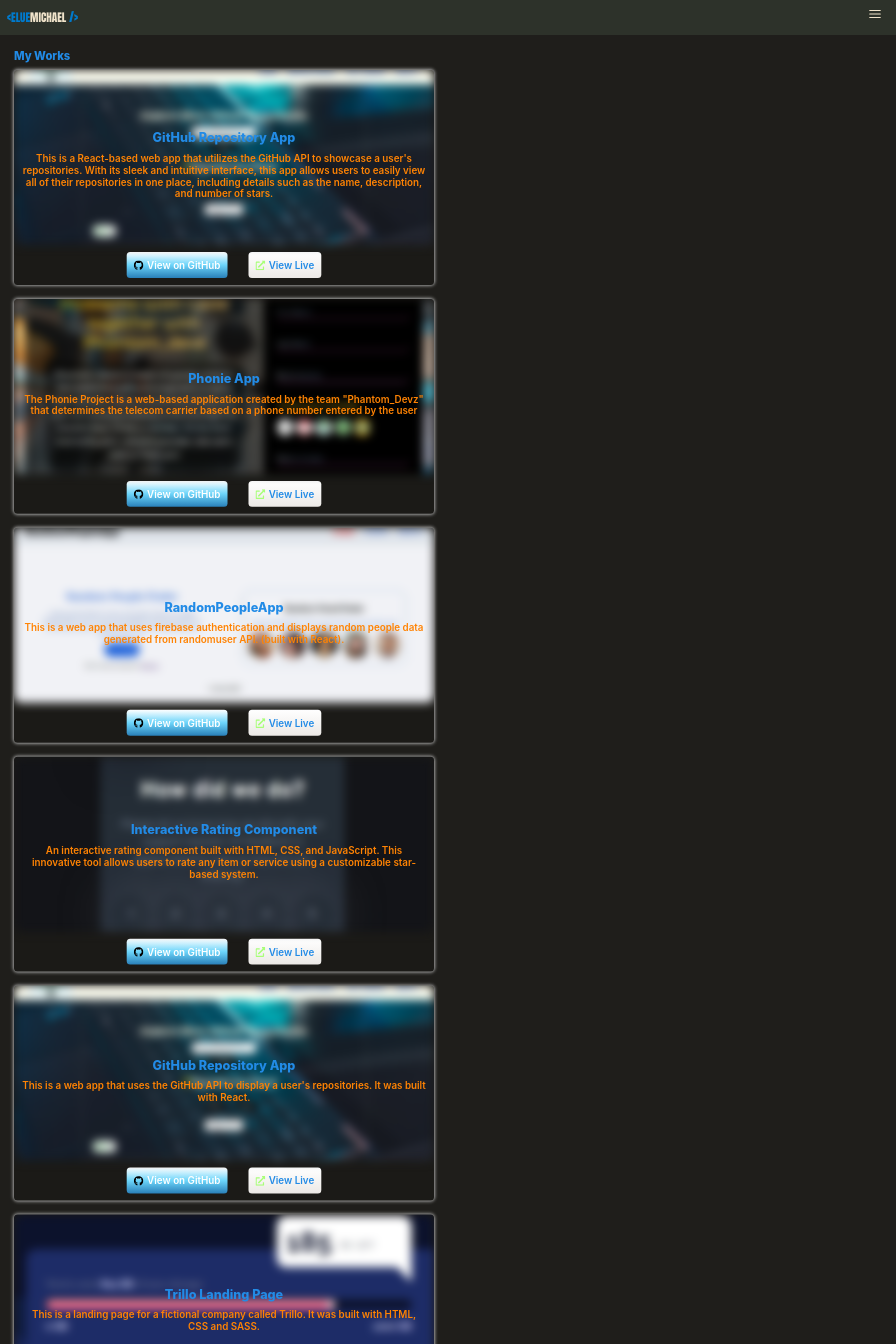
Repository: MikkyPrestige/portfolio
Page: /projects
The author's editor kept a copy of each file at every save. The page is drawn from the files as they stood at one save, then again after the next save.
The browser window is 1280 px wide. The pictures show the part of the page from y = 0 to 1920 px (the page is 4351 px tall), at 70% of full size.
The project was rebuilt for these pictures with package versions that can differ from the ones it lists, and the page was loaded fresh each time. Also part of the build but not shown: src/components/avatar.jsx, src/components/home.jsx, src/components/about.jsx, src/components/fallback.jsx.

Above is the page before, as saved 2023-02-21 19:52:32.

### public/index.html
<!DOCTYPE html>
<html lang="en">
  <head>
    <meta charset="utf-8" />
    <link rel="icon" href="%PUBLIC_URL%/favicon.ico" />
    <meta name="viewport" content="width=device-width, initial-scale=1" />
    <meta name="theme-color" content="#000000" />
    <meta
      name="description"
      content="Web site created using create-react-app"
    />
    <link rel="apple-touch-icon" href="%PUBLIC_URL%/logo192.png" />
    <!--
      manifest.json provides metadata used when your web app is installed on a
      user's mobile device or desktop. See https://developers.google.com/web/fundamentals/web-app-manifest/
    -->
    <link rel="manifest" href="%PUBLIC_URL%/manifest.json" />
    <!--
      Notice the use of %PUBLIC_URL% in the tags above.
      It will be replaced with the URL of the `public` folder during the build.
      Only files inside the `public` folder can be referenced from the HTML.

      Unlike "/favicon.ico" or "favicon.ico", "%PUBLIC_URL%/favicon.ico" will
      work correctly both with client-side routing and a non-root public URL.
      Learn how to configure a non-root public URL by running `npm run build`.
    -->
    <title>Elue Michael Portfolio</title>
  </head>
  <body>
    <noscript>You need to enable JavaScript to run this app.</noscript>
    <div id="root"></div>
    <!--
      This HTML file is a template.
      If you open it directly in the browser, you will see an empty page.

      You can add webfonts, meta tags, or analytics to this file.
      The build step will place the bundled scripts into the <body> tag.

      To begin the development, run `npm start` or `yarn start`.
      To create a production bundle, use `npm run build` or `yarn build`.
    -->
  </body>
</html>

### src/assets/styles/sass/main.scss
@import 'abstracts/variables';
@import 'base/utilities';
@import 'base/base';
@import 'layouts/header';
@import 'pages/home';
@import 'pages/about';
@import 'pages/projects';
@import 'base/animation';

// @media (prefers-reduced-motion: no-preference) {
//   .App-logo {
//     animation: App-logo-spin infinite 20s linear;
//   }
// }

// @keyframes App-logo-spin {
//   from {
//     transform: rotate(0deg);
//   }
//   to {
//     transform: rotate(360deg);
//   }
// }

### src/components/projects.jsx
import { Link } from "react-router-dom";
import { FaGithub } from "react-icons/fa";
import { FaExternalLinkAlt } from "react-icons/fa";

const Projects = () => {
  return (
    <div className="project">
      <h1 className="project--title">My Works</h1>
      <div className="project--wrapper">
        <div className="project--card">
          <div className="project--card__blur project--card__blur-1"></div>
          <div className="project--card__content">
            <h2 className="project--card__content__title">GitHub Repository App</h2>
            <p className="project--card__content__desc">
            This is a React-based web app that utilizes the GitHub API to showcase a user's repositories. With its sleek and intuitive interface, this app allows users to easily view all of their repositories in one place, including details such as the name, description, and number of stars.
            </p>
          </div>
          <div className="project--card__links">
            <Link
              to={{ pathname: "https://github.com/MeekyBerry/RandomPeopleApp" }}
              target="_blank"
              className="project--card__links__link github-link-bg"
            >
              <FaGithub style={{ color: "#000"}} />
              View on GitHub
            </Link>
            <Link
              to={{ pathname: "https://randompeopleapp.vercel.app" }}
              target="_blank"
              className="project--card__links__link live-link-bg blue-markup"
            >
              <FaExternalLinkAlt style={{ color: "#a8ff78"}} />
              View Live
            </Link>
          </div>
        </div>
        <div className="project--card">
          <div className="project--card__blur project--card__blur-2"></div>
          <div className="project--card__content">
            <h2 className="project--card__content__title">Phonie App</h2>
            <p className="project--card__content__desc">
              The Phonie Project is a web-based application created by the team
              "Phantom_Devz" that determines the telecom carrier based on a
              phone number entered by the user
            </p>
          </div>
          <div className="project--card__links">
            <Link
              to={{
                pathname:
                  "https://github.com/MeekyBerry/Phonie-project-Phantom_Devz",
              }}
              target="_blank"
              className="project--card__links__link github-link-bg"
            >
              <FaGithub style={{ color: "#000"}} />
              View on GitHub
            </Link>
            <Link
              to={{ pathname: "https://phantom-devz-phonie.netlify.app/" }}
              target="_blank"
              className="project--card__links__link live-link-bg blue-markup"
            >
              <FaExternalLinkAlt style={{ color: "#a8ff78"}} />
              View Live
            </Link>
          </div>
        </div>
        <div className="project--card">
          <div className="project--card__blur project--card__blur-3"></div>
          <div className="project--card__content">
            <h2 className="project--card__content__title">
              RandomPeopleApp
            </h2>
            <p className="project--card__content__desc">
            This is a web app that uses firebase authentication and displays
              random people data generated from randomuser API. (built with
              React).
            </p>
          </div>
          <div className="project--card__links">
            <Link
              to={{
                pathname:
                  "https://github.com/MeekyBerry/Frontend-Mentor-challenges/tree/main/chat-app-css-illustration",
              }}
              target="_blank"
              className="project--card__links__link github-link-bg"
            >
              <FaGithub style={{ color: "#000"}} />
              View on GitHub
            </Link>
            <Link
              to={{ pathname: "https://chat-app-css-project.netlify.app/" }}
              target="_blank"
              className="project--card__links__link live-link-bg blue-markup"
            >
              <FaExternalLinkAlt style={{ color: "#a8ff78"}} />
              View Live
            </Link>
          </div>
        </div>
        <div className="project--card">
          <div className="project--card__blur project--card__blur-4"></div>
          <div className="project--card__content">
            <h2 className="project--card__content__title">
              Interactive Rating Component
            </h2>
            <p className="project--card__content__desc">
            An interactive rating component built with HTML, CSS, and JavaScript. This innovative tool allows users to rate any item or service using a customizable star-based system.
            </p>
          </div>
          <div className="project--card__links">
            <Link
              to={{
                pathname:
                  "https://github.com/MeekyBerry/Advanced-CSS-Sass-Course-Projects/tree/master/Natours-project",
              }}
              target="_blank"
              className="project--card__links__link github-link-bg"
            >
              <FaGithub style={{ color: "#000"}} />
              View on GitHub
            </Link>
            <Link
              to={{ pathname: "https://natour-landing-page.netlify.app/" }}
              target="_blank"
              className="project--card__links__link live-link-bg blue-markup"
            >
              <FaExternalLinkAlt style={{ color: "#a8ff78"}} />
              View Live
            </Link>
          </div>
        </div>
        <div className="project--card">
          <div className="project--card__blur project--card__blur-5"></div>
          <div className="project--card__content">
            <h2 className="project--card__content__title">
              GitHub Repository App
            </h2>
            <p className="project--card__content__desc">
              This is a web app that uses the GitHub API to display a user's
              repositories. It was built with React.
            </p>
          </div>
          <div className="project--card__links">
            <Link
              to={{
                pathname:
                  "https://github.com/MeekyBerry/exam-project-altschoolafrica",
              }}
              target="_blank"
              className="project--card__links__link github-link-bg"
            >
              <FaGithub style={{ color: "#000"}} />
              View on GitHub
            </Link>
            <Link
              to={{ pathname: "https://github-repos-display.vercel.app/" }}
              target="_blank"
              className="project--card__links__link live-link-bg blue-markup"
            >
              <FaExternalLinkAlt style={{ color: "#a8ff78"}} />
              View Live
            </Link>
          </div>
        </div>
        <div className="project--card">
          <div className="project--card__blur project--card__blur-6"></div>
          <div className="project--card__content">
            <h2 className="project--card__content__title">
              Trillo Landing Page
            </h2>
            <p className="project--card__content__desc">
              This is a landing page for a fictional company called Trillo. It
              was built with HTML, CSS and SASS.
            </p>
          </div>
          <div className="project--card__links">
            <Link
              to={{
                pathname:
                  "https://github.com/MeekyBerry/Advanced-CSS-Sass-Course-Projects/tree/master/Trillow-project",
              }}
              target="_blank"
              className="project--card__links__link github-link-bg"
            >
              <FaGithub style={{ color: "#000"}} />
              View on GitHub
            </Link>
            <Link
              to={{
                pathname: "https://fantastic-crostata-3e9a02.netlify.app/",
              }}
              target="_blank"
              className="project--card__links__link live-link-bg blue-markup"
            >
              <FaExternalLinkAlt style={{ color: "#a8ff78"}} />
              View Live
            </Link>
          </div>
        </div>
        <div className="project--card">
          <div className="project--card__blur project--card__blur-7"></div>
          <div className="project--card__content">
            <h2 className="project--card__content__title">
              Phony Authentication
            </h2>
            <p className="project--card__content__desc">
              This is a simple authentication app built with React and Firebase.
            </p>
          </div>
          <div className="project--card__links">
            <Link
              to={{
                pathname:
                  "https://github.com/MeekyBerry/fake-user-authentication",
              }}
              target="_blank"
              className="project--card__links__link github-link-bg"
            >
              <FaGithub style={{ color: "#000"}} />
              View on GitHub
            </Link>
            <Link
              to={{ pathname: "https://fake-auth.vercel.app/" }}
              target="_blank"
              className="project--card__links__link live-link-bg blue-markup"
            >
              <FaExternalLinkAlt style={{ color: "#a8ff78"}} />
              View Live
            </Link>
          </div>
        </div>
        <div className="project--card">
          <div className="project--card__blur project--card__blur-8"></div>
          <div className="project--card__content">
            <h2 className="project--card__content__title">Calculator</h2>
            <p className="project--card__content__desc">
              This is a simple calculator app built with React.
            </p>
          </div>
          <div className="project--card__links">
            <Link
              to={{ pathname: "https://github.com/MeekyBerry/calculator" }}
              target="_blank"
              className="project--card__links__link github-link-bg"
            >
              <FaGithub style={{ color: "#000"}} />
              View on GitHub
            </Link>
            <Link
              to={{ pathname: "https://calculator-omega-murex.vercel.app/" }}
              target="_blank"
              className="project--card__links__link live-link-bg blue-markup"
            >
              <FaExternalLinkAlt style={{ color: "#a8ff78"}} />
              View Live
            </Link>
          </div>
        </div>
        <div className="project--card">
          <div className="project--card__blur project--card__blur-9"></div>
          <div className="project--card__content">
            <h2 className="project--card__content__title">
              Interactive Rating Component
            </h2>
            <p className="project--card__content__desc">
              This is an interactive rating component built with HTML, CSS and
              JavaScript
            </p>
          </div>
          <div className="project--card__links">
            <Link
              to={{
                pathname:
                  "https://github.com/MeekyBerry/Frontend-Mentor-challenges/tree/main/interactive-rating-component",
              }}
              target="_blank"
              className="project--card__links__link github-link-bg"
            >
              <FaGithub style={{ color: "#000"}} />
              View on GitHub
            </Link>
            <Link
              to={{
                pathname:
                  "https://interactive-ratings-component-project.netlify.app/",
              }}
              target="_blank"
              className="project--card__links__link live-link-bg blue-markup"
            >
              <FaExternalLinkAlt style={{ color: "#a8ff78"}} />
              View Live
            </Link>
          </div>
        </div>
        <div className="project--card">
          <div className="project--card__blur project--card__blur-10"></div>
          <div className="project--card__content">
            <h2 className="project--card__content__title">
              Flyo Data Store layout
            </h2>
            <p className="project--card__content__desc">
              This is a layout for a fictional company called Flyo. It was built
              with HTML and Css
            </p>
          </div>
          <div className="project--card__links">
            <Link
              to={{
                pathname:
                  "https://github.com/MeekyBerry/Frontend-Mentor-challenges/tree/main/fylo-data-store-layout",
              }}
              target="_blank"
              className="project--card__links__link github-link-bg"
            >
              <FaGithub style={{ color: "#000"}} />
              View on GitHub
            </Link>
            <Link
              to={{ pathname: "https://fylo-data-store-layout.netlify.app/" }}
              target="_blank"
              className="project--card__links__link live-link-bg blue-markup"
            >
              <FaExternalLinkAlt style={{ color: "#a8ff78"}} />
              View Live
            </Link>
          </div>
        </div>
        <div className="project--card">
          <div className="project--card__blur project--card__blur-11"></div>
          <div className="project--card__content">
            <h2 className="project--card__content__title">
              Order Summary Card Component
            </h2>
            <p className="project--card__content__desc">
              This is a card component built with HTML and CSS
            </p>
          </div>
          <div className="project--card__links">
            <Link
              to={{
                pathname:
                  "https://github.com/MeekyBerry/Frontend-Mentor-challenges/tree/main/order-summary-card-component",
              }}
              target="_blank"
              className="project--card__links__link github-link-bg"
            >
              <FaGithub style={{ color: "#000"}} />
              View on GitHub
            </Link>
            <Link
              to={{
                pathname: "https://order-summary-card-project.netlify.app/",
              }}
              target="_blank"
              className="project--card__links__link live-link-bg blue-markup"
            >
              <FaExternalLinkAlt style={{ color: "#a8ff78"}} />
              View Live
            </Link>
          </div>
        </div>
        <div className="project--card">
          <div className="project--card__blur project--card__blur-13"></div>
          <div className="project--card__content">
            <h2 className="project--card__content__title">
              Stats Preview Card Component
            </h2>
            <p className="project--card__content__desc">
              This is a card component built with HTML and CSS
            </p>
          </div>
          <div className="project--card__links">
            <Link
              to={{
                pathname:
                  "https://github.com/MeekyBerry/Frontend-Mentor-challenges/tree/main/stats-preview-card-compo",
              }}
              target="_blank"
              className="project--card__links__link github-link-bg"
            >
              <FaGithub style={{ color: "#000"}} />
              View on GitHub
            </Link>
            <Link
              to={{
                pathname: "https://stats-preview-card-project.netlify.app/",
              }}
              target="_blank"
              className="project--card__links__link live-link-bg blue-markup"
            >
              <FaExternalLinkAlt style={{ color: "#a8ff78"}} />
              View Live
            </Link>
          </div>
        </div>
        <div className="project--card">
          <div className="project--card__blur project--card__blur-14"></div>
          <div className="project--card__content">
            <h2 className="project--card__content__title">
              Shoe Brand Landing Page
            </h2>
            <p className="project--card__content__desc">
              This is a landing page for a shoe brand built with HTML and CSS
            </p>
          </div>
          <div className="project--card__links">
            <Link
              to={{
                pathname:
                  "https://github.com/MeekyBerry/Shoe-brand-landing-page",
              }}
              target="_blank"
              className="project--card__links__link github-link-bg"
            >
              <FaGithub style={{ color: "#000"}} />
              View on GitHub
            </Link>
            <Link
              to={{ pathname: "https://shoe-brand-landing-page.netlify.app/" }}
              target="_blank"
              className="project--card__links__link live-link-bg blue-markup"
            >
              <FaExternalLinkAlt style={{ color: "#a8ff78"}} />
              View Live
            </Link>
          </div>
        </div>
      </div>
    </div>
  );
};

export default Projects;

### src/assets/styles/sass/base/_utilities.scss
.github-link-bg {
  background: linear-gradient(to top, var(--dark-blue--1), var(--light-blue--2), var(--color--white));
}

.live-link-bg {
  background: linear-gradient(to top, var(--color--white-2), var(--color--white));
}

.blue-markup {
  color: var(--blue-cyan) !important;
}

### src/assets/styles/sass/base/_base.scss
*,
*::after,
*::before {
  margin: 0;
  padding: 0;
  box-sizing: border-box;
}

html {
  font-size: 62.5%;
  font-family: var(--font-family);
  color: var(--color-white);
  background-color: var(--color--bg);
}

::selection {
  background-color: var(--color-primary);
  color: var(--color-white);
}

### src/assets/styles/sass/pages/home.scss
.home {
  width: 100%;
  height: 100vh;
  background: radial-gradient(100% 100% at 50% 100%, var(--color--bg-dark-2) 21.52%, var(--color--bg-dark) 100%);

  &--contents {
    display: flex;
    flex-direction: column;
    justify-content: center;
    align-items: center;
    padding: 3rem 5rem;
    gap: 3rem;
  }

  &--content {
    display: flex;
    flex-direction: column;
    align-items: flex-start;
    padding: 0;
    gap: .5rem;

    &__title {
      font-family: var(--font-family--secondary);
      font-size: var(--font-size--x-large);
      font-weight: var(--font-weight--boldest);
      color: var(--dark-blue);
    }

    &__subtitle {
      font-family: var(--font-family--secondary);
      font-size: var(--font-size--large);
      font-weight: var(--font-weight--bold);
      color: var(--color--text);
    }

    &__desc {
      font-family: var(--font-family--secondary);
      font-size: var(--font-size--small);
      font-weight: var(--font-weight--regular);
      color: var(--color--white-1);
    }
  }

  &--avatar {
    border-radius: 5%;
    -webkit-border-radius: 5%;
    -moz-border-radius: 5%;
    -ms-border-radius: 5%;
    -o-border-radius: 5%;
    background-image: radial-gradient(circle, var(--blue-cyan) 5%, var(--light-blue--1) 95%);
  }
}

### src/assets/styles/sass/base/_animation.scss
//  INFINITE HEARTBEAT PAUSE ANIMATION

@keyframes Heartbeat {
  0% {
    transform: scale(1);
    -webkit-transform: scale(1);
    -moz-transform: scale(1);
    -ms-transform: scale(1);
    -o-transform: scale(1);
  }

  50% {
    transform: scale(1.05);
    -webkit-transform: scale(1.05);
    -moz-transform: scale(1.05);
    -ms-transform: scale(1.05);
    -o-transform: scale(1.05);
  }

  100% {
    transform: scale(1);
    -webkit-transform: scale(1);
    -moz-transform: scale(1);
    -ms-transform: scale(1);
    -o-transform: scale(1);
  }
}

Loaded but not shown: src/index.css (common file); src/reportWebVitals.js (common file); src/index.js (21 lines, source omitted); src/App.js (22 lines, source omitted); src/components/layout.jsx (141 lines, source omitted); src/assets/styles/sass/pages/_projects.scss (165 lines, source omitted); src/assets/styles/sass/pages/_about.scss (158 lines, source omitted); src/assets/styles/sass/layouts/_header.scss (111 lines, source omitted); src/assets/styles/sass/abstracts/_variables.scss (67 lines, source omitted)

After the next save:
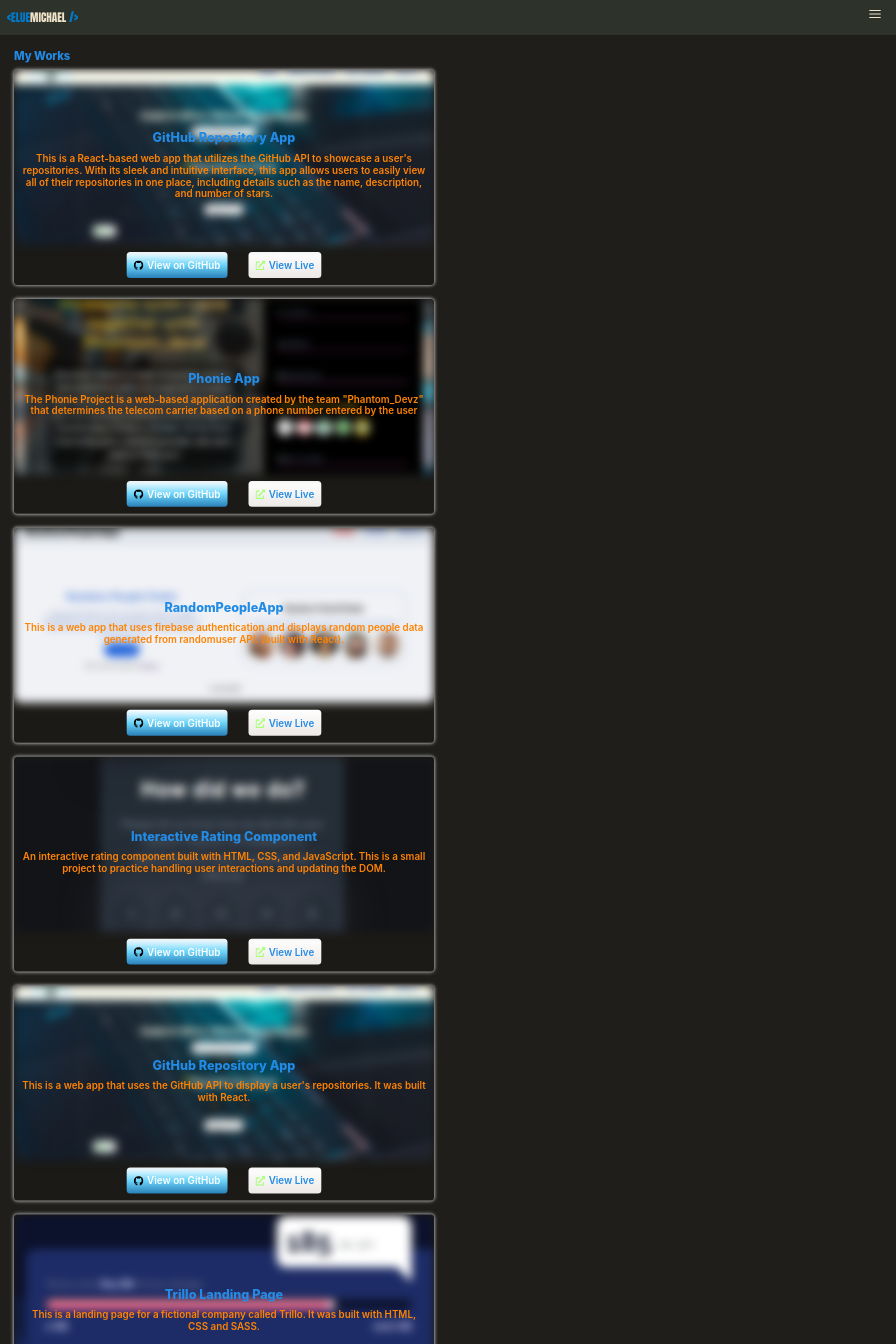
Saved 2 min 25 s later.
--- a/src/components/projects.jsx
+++ b/src/components/projects.jsx
@@ -107,7 +107,7 @@
               Interactive Rating Component
             </h2>
             <p className="project--card__content__desc">
-            An interactive rating component built with HTML, CSS, and JavaScript. This innovative tool allows users to rate any item or service using a customizable star-based system.
+            An interactive rating component built with HTML, CSS, and JavaScript. This is a small project to practice handling user interactions and updating the DOM.
             </p>
           </div>
           <div className="project--card__links">
